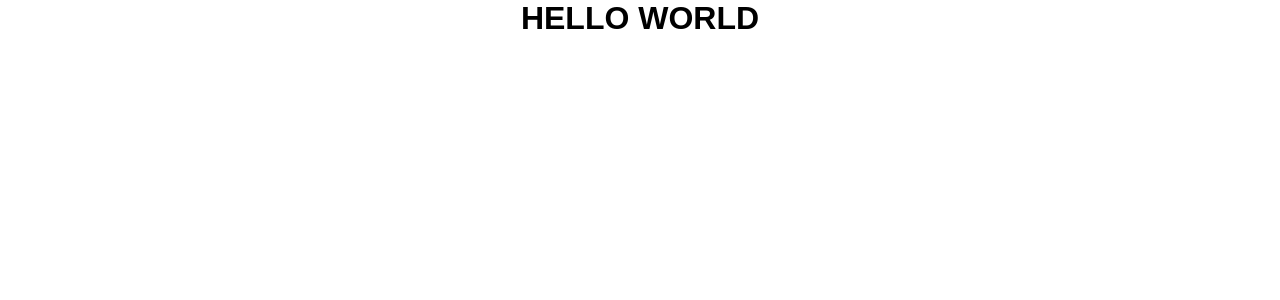
Repository: Sxcram02/Portfolio2
Page: http://localhost/public/src/createPost.php
An editor plug-in stored every save of this project. The page is shown before and after a run of saves, followed by the edit.
The browser window is 1280 px wide. The pictures show the whole page.
Some web fonts or font styles are not loaded; a fallback is used. The page is run by PHP 8.4 with error messages shown; the project is at /var/www/html/.

Above is the page before, as saved 2023-05-08 23:44:12.

### public/src/createPost.php
<?php


?>
<!DOCTYPE html>
<html lang="en">
<head>
    <meta charset="UTF-8">
    <meta http-equiv="X-UA-Compatible" content="IE=edge">
    <meta name="viewport" content="width=device-width, initial-scale=1.0">
    <link rel="stylesheet" href="./../../styles/index.css" >
    <link rel="shortcut icon" href="./../../media/logo2.png" type="image/x-icon">
    <title>New Post</title>
</head>
<body>
    <h1>HELLO WORLD</h1>
</body>
</html>

### styles/index.css

/* -----------------------------------------------------------*/
/* -----------------------------------------------------------*/
/* AJUSTES GENERALES */
/* -----------------------------------------------------------*/
/* -----------------------------------------------------------*/

* {
    margin: 0;
    padding: 0;
    list-style: none;
    box-sizing: border-box;
    font-family: 'Poppins', sans-serif;
}

a, a:active, a:visited, a:enabled {
    color: var(--blanco);
    text-decoration: none;
}

@font-face {
    font-family: 'Poppins';
    src: url("../fonts/*");
}

:root {
    --violeta-ruso: #120D31;
    --cadet-space: #302F4D;
    --verde-claro-oceano:#17C3B2;
    --indigo-tropical:#9395D3;
    --blanco:#FBFBFB;
}

body {
    display: flex;
    flex-direction: column;
    align-items: center;
    justify-content: space-between;
}

#root {
    width: 100vw;
    height: 100vh;
}


/* -----------------------------------------------------------*/
/* -----------------------------------------------------------*/
/* HEADER */
/* -----------------------------------------------------------*/
/* -----------------------------------------------------------*/

.box-nav-bar {
    width: 100vw;
    height: 4rem;
    padding: 1%;
    background-color: var(--violeta-ruso);
    color: snow;
    display: flex;
    align-items: center;
    justify-content: space-between;
}

.nav-title {
    text-shadow: 1px 0px 0px var(--verde-claro-oceano);
    text-transform: uppercase;
    font-size: 20px;
    font-weight: 700;
    padding: 1%;
    cursor: pointer;
}

.nav-bar ul {
    text-transform: uppercase;
    width: 350px;
    font-size: 20px;
    display: flex;
    align-items: center;
    justify-content: space-around;
}

.nav-bar ul li {
    cursor: pointer;
    text-shadow: 1px 0px 0px var(--verde-claro-oceano);
}

.nav-bar ul li:hover {
    color: var(--verde-claro-oceano);
    text-shadow: 1px 0px 0px var(--indigo-tropical);
    transition: all 0.5s;
}

#LOGIN {
    width: 125px;
    height: 30px;
    margin: 2%;
    color: #B98EA7;
    background: none;
    border: 1px solid var(--verde-claro-oceano);
    text-transform: uppercase;
    font-weight: 800;
    cursor: pointer;
}

#LOGIN:hover {
    background-color: var(--verde-claro-oceano);
    color: var(--blanco);
    transition: all 0.3s;
}

/* -----------------------------------------------------------*/
/* -----------------------------------------------------------*/
/* PRIMERA PÁGINA */
/* -----------------------------------------------------------*/
/* -----------------------------------------------------------*/

.container {
    width: 100%;
    display: grid;
    grid-template-columns: repeat(3,1fr);
    grid-template-rows: repeat(2,1fr);
}

.container section {
    width: 100%;
    height: 100%;
}

/* -----------------------------------------------------------*/
/* -----------------------------------------------------------*/
/* SECCION 1 */
/* -----------------------------------------------------------*/
/* -----------------------------------------------------------*/

#home_page {
    height: 40vh;
    grid-column: 1/3;
    grid-row: 1/2;
    padding: 1%;
    display: flex;
    flex-direction: column;
    align-items: center;
}

.box-name {
    width: 70%;
    margin: 1%;
    text-align: center;
    display: flex;
    align-items: center;
}

.title {
    padding: 1%;
    font-size: 40px;
    font-weight: 800;
    text-shadow: 3px 0px 0px var(--cadet-space);
}

#box-ui-ux {
    width: 75px;
    height: 35px;
    padding: 1%;
    text-align: center;
    font-size: 15px;
    font-weight: 800;
    color: snow;
    background: linear-gradient(180deg, var(--indigo-tropical),var(--verde-claro-oceano));
    border-radius: 20px;
}

.box-presentation {
    display: flex;
    align-items: center;
}

.box-presentation p {
    width: 50%;
    padding: 2%;
    font-size: 13pt;
    font-weight: 600;
}

.box-inputs {
    width: 50%;
    display: flex;
    align-items: center;
    justify-content: space-around;
}

.box-inputs button {
    width: 150px;
    height: 50px;
    padding: 2%;
    border: 1px solid black;
    background: none;
    font-size: 15pt;
    font-weight: 800;
    text-transform: uppercase;
    cursor: pointer;
}

.box-inputs button:hover {
    background-color: var(--verde-claro-oceano);
    box-shadow: 0px 0px 7px var(--indigo-tropical);
    transition: all 0.3s;
}


/* -----------------------------------------------------------*/
/* -----------------------------------------------------------*/
/* SECCION 2 */
/* -----------------------------------------------------------*/
/* -----------------------------------------------------------*/

#box-services {
    grid-column: 1/3;
    grid-row: 2/3;
    width: 100%;
}

#services {
    padding: 1%;
    color: snow;
    display: flex;
}

#services img {
    width: 125px;
    height: 125px;
    padding: 2%;
}

#services article {
    width: 50%;
    height: 100%;
    margin-right: 2%;
    padding: 2%;
    background-color: var(--violeta-ruso);
    border-radius: 10px;
    display: flex;
    flex-direction: column;
    align-items: center;
    text-align: center;
    cursor: pointer;
}

#services article:hover {
    background-color: var(--cadet-space);
    box-shadow: 0px 0px 5px var(--verde-claro-oceano);
    animation: goUp 1.5s both;
    transition: all 0.4s;
}

@keyframes goUp {
    to {
        translate: 0 -20%;
    }
}

#services article h3 {
    color: var(--verde-claro-oceano);
    text-shadow: 1px 0px 0px var(--blanco);
    padding: 1%;
}

#services article:hover h3 {
    color: var(--indigo-tropical);
}

#services article p {
    padding: 1%;
    font-size: 17px;
    text-align: start;
}

#robot3D {
    width: 300px;
    height: 175px;
}


/* -----------------------------------------------------------*/
/* -----------------------------------------------------------*/
/* SECCION 3 */
/* -----------------------------------------------------------*/
/* -----------------------------------------------------------*/

#box-aboutMe {
    display:none;
    grid-column: 1/3;
    grid-row: 2/4;
}

#aboutMe {
    height: 100%;
    display: flex;
    flex-direction: column;
    align-items: center;
    justify-content: space-between;
}

#aboutMe h1 {
    width: 100%;
    text-align: center;
    text-transform: uppercase;
    font-weight: 800;
}

#aboutMe hr {
    width: 90%;
    height: 15px;
    color: var(--violeta-ruso);
    background-color: var(--violeta-ruso);
    box-shadow: 0px 0px 5px var(--verde-claro-oceano);
}

.box-signatures {
    width: 90%;
    display: grid;
    grid-template-columns: repeat(5,1fr);
    grid-template-rows: repeat(3,1.4fr);
    text-align: center;
    row-gap: 5px;
}

.box-signatures i {
    font-size: 40px;
}

.box-signatures div {
    display: flex;
    flex-direction: column;
    align-items: center;
}

.box-signatures div img {
    width: 50px;
    height: 50px;
}

/*--------------------------------------------------------*/
/*--------------------------------------------------------*/
/* GRID COMPONENTS */
/*--------------------------------------------------------*/
/*--------------------------------------------------------*/

.signature1 {
    grid-column: 1/2;
    grid-row: 1/3;
}

.signature2 {
    grid-column: 2/3;
    grid-row: 1/3;
}

.signature3 {
    grid-column: 3/4;
    grid-row: 1/3;
}

.signature4 {
    grid-column: 4/5;
    grid-row: 1/3;
}

.signature5 {
    grid-column: 5/6;
    grid-row: 1/3;
}



/* -----------------------------------------------------------*/
/* -----------------------------------------------------------*/
/* SECCION 4 */
/* -----------------------------------------------------------*/
/* -----------------------------------------------------------*/

#my_photo {
    grid-column: 3/4;
    grid-row: 1/3;
    background-image: url("../media/guerrero-en-47-ronin_2048x1536_xtrafondos.com.jpg");
    background-position: center;
    background-size: cover;
    object-fit: cover;
}


/* -----------------------------------------------------------*/
/* -----------------------------------------------------------*/
/* PÁGINA  DE MIS TRABAJOS */
/* -----------------------------------------------------------*/
/* -----------------------------------------------------------*/

#root2 {
    width: 100vw;
    height: 100vh;
    padding: 1%;
    background: linear-gradient(180deg,transparent,var(--cadet-space),var(--violeta-ruso));
    display: flex;
    flex-direction: column;
    align-items: center;
    justify-content: center;
}

.title2 {
    width: 100vw;
    font-size: 40px;
    color:black;
    text-shadow: 2px 0px 7px var(--indigo-tropical);
    text-align: center;
}

.container2 {
    width: 100%;
    padding: 1%;
    display: grid;
    grid-template-columns: repeat(3,1.4fr);
    grid-template-rows: repeat(2,1fr);
    row-gap: 10px;
}

.container2 section {
    width: 90%;
    height: 300px;
    padding: 1%;
    display: flex;
    flex-direction: column;
    align-items: center;
    justify-content: space-around;
    background-color: var(--violeta-ruso);
    border-radius: 10px;
    box-shadow: 0px 0px 10px var(--indigo-tropical);
    cursor: pointer;
}

.container2 h1 {
    text-transform: uppercase;
    font-size: 25px;
    font-weight: 900;
}


.container2 img {
    width: 250px;
    height: 150px;
}

/*--------------------------------------------------------*/
/*--------------------------------------------------------*/
/* GRID COMPONENTS */
/*--------------------------------------------------------*/
/*--------------------------------------------------------*/

@keyframes updateScale {
    to {
        scale: 0.9;
    }
}

.work1 {
    grid-column: 1/2;
    grid-row: 1/2;
}

.work1:hover {
    box-shadow: 0px 0px 5px var(--verde-claro-oceano);
    background-color: rgba(255, 166, 0, 0.882);
    animation: updateScale 0.6s both;
    transition: all 0.4s;
}

.work2 {
    grid-column: 2/3;
    grid-row: 1/2;
}

.work2:hover {
    box-shadow: 0px 0px 5px var(--violeta-ruso);
    background-color: rgba(0, 170, 255, 0.858);
    animation: updateScale 0.6s both;
    transition: all 0.4s;
}

.work3 {
    grid-column: 1/2;
    grid-row: 2/3;
}

.work3:hover {
    box-shadow: 0px 0px 5px var(--violeta-ruso);
    background-color: rgba(25, 172, 37, 0.806);
    animation: updateScale 0.6s both;
    transition: all 0.4s;
}

.work4 {
    grid-column: 2/3;
    grid-row: 2/3;
}

.work4:hover {
    box-shadow: 0px 0px 5px var(--verde-claro-oceano);
    background-color: rgba(170, 0, 255, 0.85);
    animation: updateScale 0.6s both;
    transition: all 0.4s;
}

.work5 {
    grid-column: 3/4;
    grid-row: 1/2;
}

.work5:hover {
    box-shadow: 0px 0px 5px var(--violeta-ruso);
    background-color: rgba(255, 0, 51, 0.85);
    animation: updateScale 0.6s both;
    transition: all 0.4s;
}

.work6 {
    grid-column: 3/4;
    grid-row: 2/3;
}

.work6:hover {
    box-shadow: 0px 0px 5px var(--verde-claro-oceano);
    background-color: rgba(0, 204, 255, 0.85);
    animation: updateScale 0.6s both;
    transition: all 0.4s;
}

/* -----------------------------------------------------------*/
/* -----------------------------------------------------------*/
/* PAGINA DEL BLOG */
/* -----------------------------------------------------------*/
/* -----------------------------------------------------------*/

#root3 {
    width: 100vw;
    height: 100vh;
    background-image: url("./../media/version_5.gif");
    background-size:  cover;
    background-position: center;
    object-fit: cover;
}


.container3 {
    width: 100%;
    height: 100%;
    background: linear-gradient(360deg,transparent,#302f4d7f,#120d31);
    display: flex;
    flex-direction: column;
    align-items: center;
    justify-content: space-between;
}

.container3 h1 {
    color: var(--blanco);
    padding: 4%;
    font-size: 35px;
    font-weight: bold;
}

.container3 section {
    width: 100%;
    height: 100%;
    padding: 1%;
    display: flex;
    flex-direction: column;
    align-items: center;
    justify-content: space-around;
    overflow-x: scroll;
}

.container3 section article {
    width: 40%;
    height: 300px;
    margin: 1%;
    border-radius: 20px;
    padding: 1%;
    display: flex;
    flex-direction: column;
    align-items: center;
    justify-content: space-between;
    text-align: center;
    background-color: var(--cadet-space);
}

.container3 section article h1 {
    font-size: 20px;
    text-transform: uppercase;
    font-weight: 700;
}

.container3 section article img {
    width: 200px;
    height: 150px;
}



/* -----------------------------------------------------------*/
/* -----------------------------------------------------------*/
/* PAGINA FORMULARIO */
/* -----------------------------------------------------------*/
/* -----------------------------------------------------------*/

.page2-root {
    width: 100vw;
    height: 100vh;
    overflow: hidden;
}

.page2-container {
    width: 100%;
    height: 100%;
    display: flex;
    flex-direction: column;
    align-items: center;
}

.page2-title {
    padding: 1%;
    font-size: 50px;
    font-weight: bold;
    text-transform: uppercase;
    color: var(--cadet-space);
    text-shadow: 2px 0px 0px var(--verde-claro-oceano);
}

.page2-container form {
    margin-top: 10%;
}

.page2-target {
    width: 500px;
    height:250px;
    padding: 2%;
    background: var(--cadet-space);
    box-shadow: 0px 0px 5px var(--verde-claro-oceano);
    border-radius: 10px;
    display: flex;
    flex-direction: column;
    align-items: center;
    justify-content: space-around;
    color: var(--blanco);
    font-size: 20px;
    font-weight: 800;
    text-transform: uppercase;
}

.page2-target input {
    width: 80%;
    height: 35px;
    text-align: center;
    font-size: 12pt;
}

After the next 6 saves:
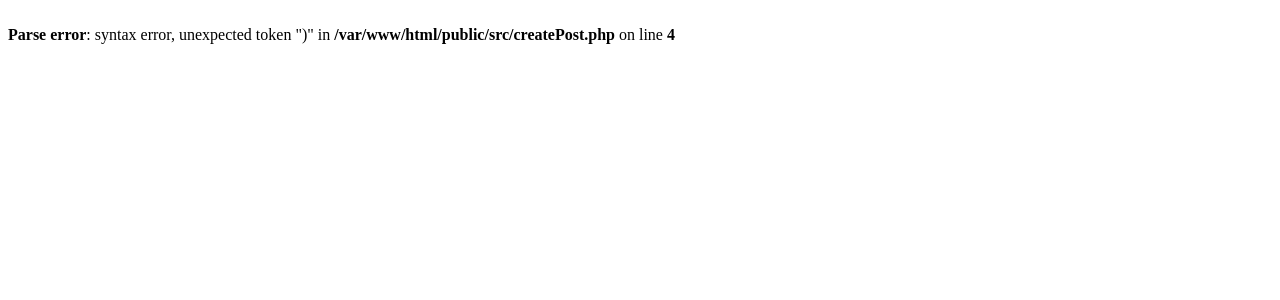
The 6 saves are shown as one change because they came seconds apart.
The last was saved 16 s later.
--- a/public/src/createPost.php
+++ b/public/src/createPost.php
@@ -1,5 +1,7 @@
 <?php
+    session_start();
 
+    if(!isset())
 
 ?>
 <!DOCTYPE html>

After the save that followed:
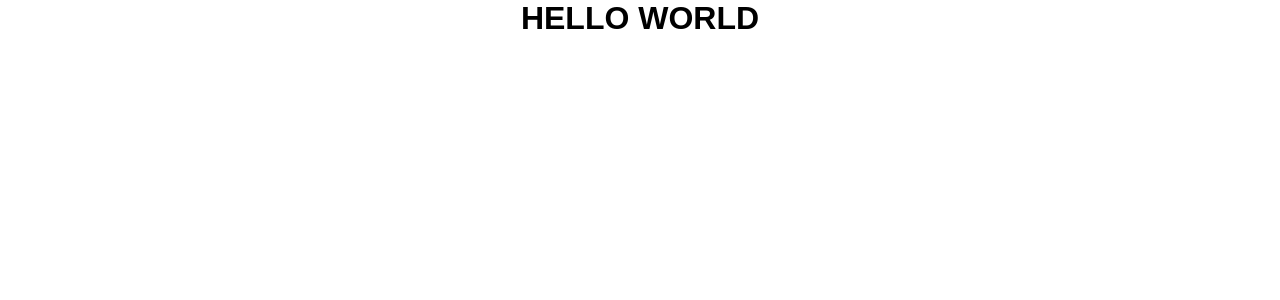
Saved 6 s later.
--- a/public/src/createPost.php
+++ b/public/src/createPost.php
@@ -1,7 +1,7 @@
 <?php
     session_start();
 
-    if(!isset())
+    if(!isset($_SERVER))
 
 ?>
 <!DOCTYPE html>
